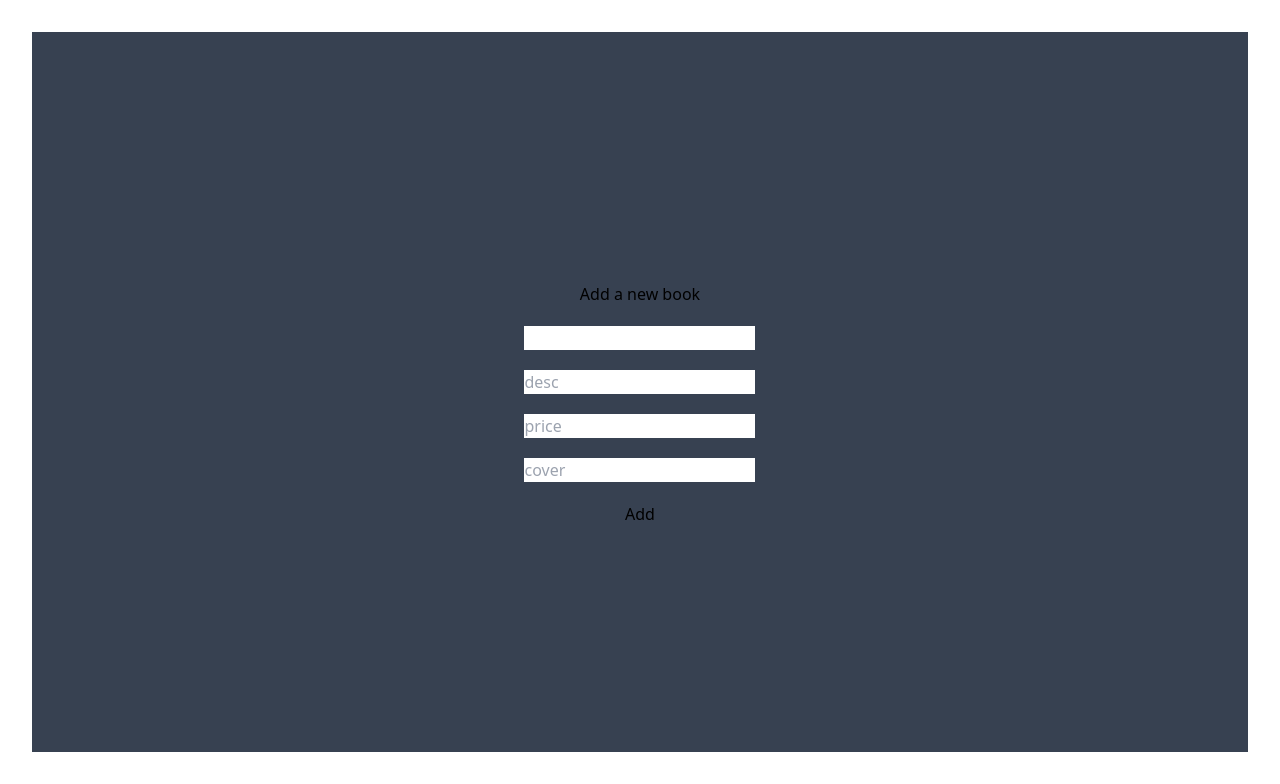
Repository: Vasil1001/fullstack-nutrition-tracker
Page: /add (app in frontend/)
An editor plug-in stored every save of this project. The page is shown before and after a run of saves, followed by the edit.
The browser window is 1280 px wide. The pictures show the whole page.
The project was rebuilt for these pictures with package versions that can differ from the ones it lists, and the page was loaded fresh each time. Also part of the build but not shown: frontend/vite.config.js, frontend/src/pages/Books.jsx, frontend/src/pages/Update.jsx.

Above is the page before, as saved 2023-05-21 16:13:26.

After the next 4 saves:
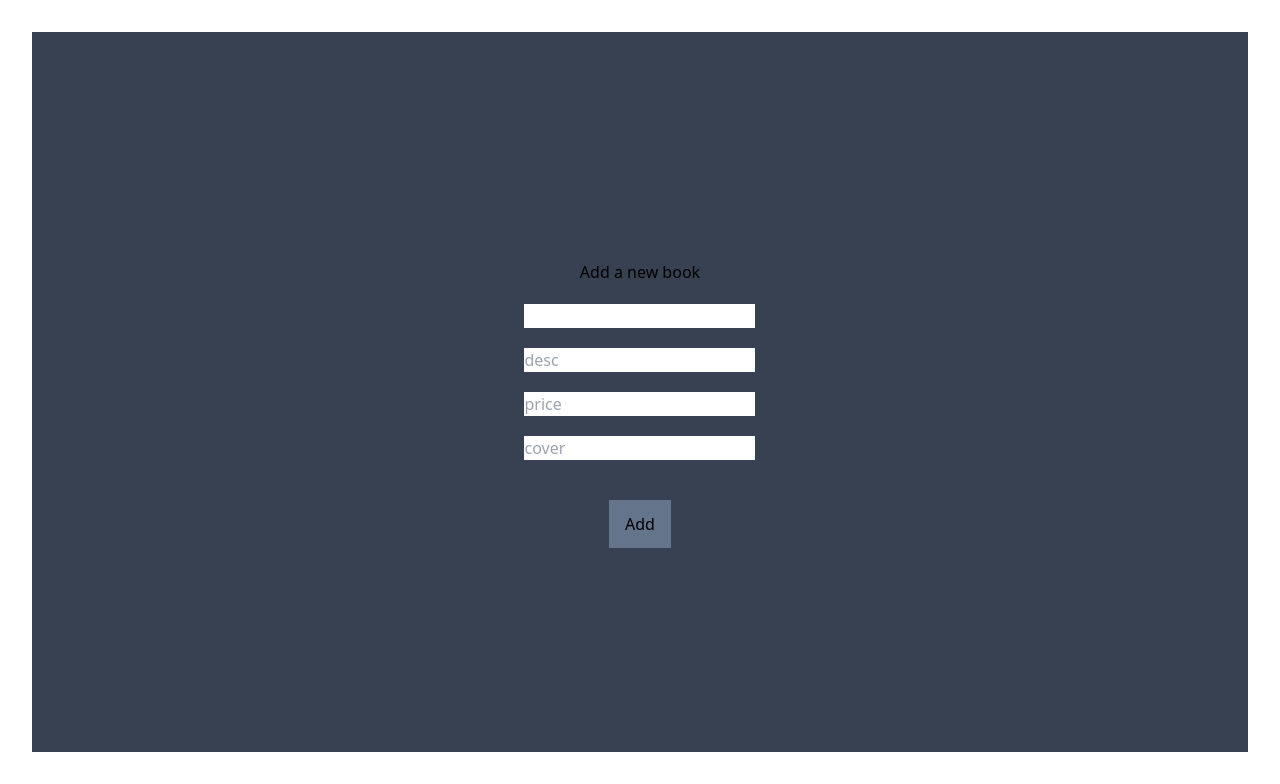
The 4 saves are shown as one change because they came seconds apart.
The last was saved 24 s later.
--- a/frontend/src/pages/Add.jsx
+++ b/frontend/src/pages/Add.jsx
@@ -36,7 +36,7 @@ export default function Add() {
       <input type="text" placeholder="desc" name="desc" onChange={handleChange} />
       <input type="number" placeholder="price" name="price" onChange={handleChange} />
       <input type="text" placeholder="cover" name="cover" onChange={handleChange} />
-      <button onClick={handleClick}>Add</button>
+      <button className='p-3 px-4 bg-slate-500 mt-5' onClick={handleClick}>Add</button>
     </div>
   )
 }
